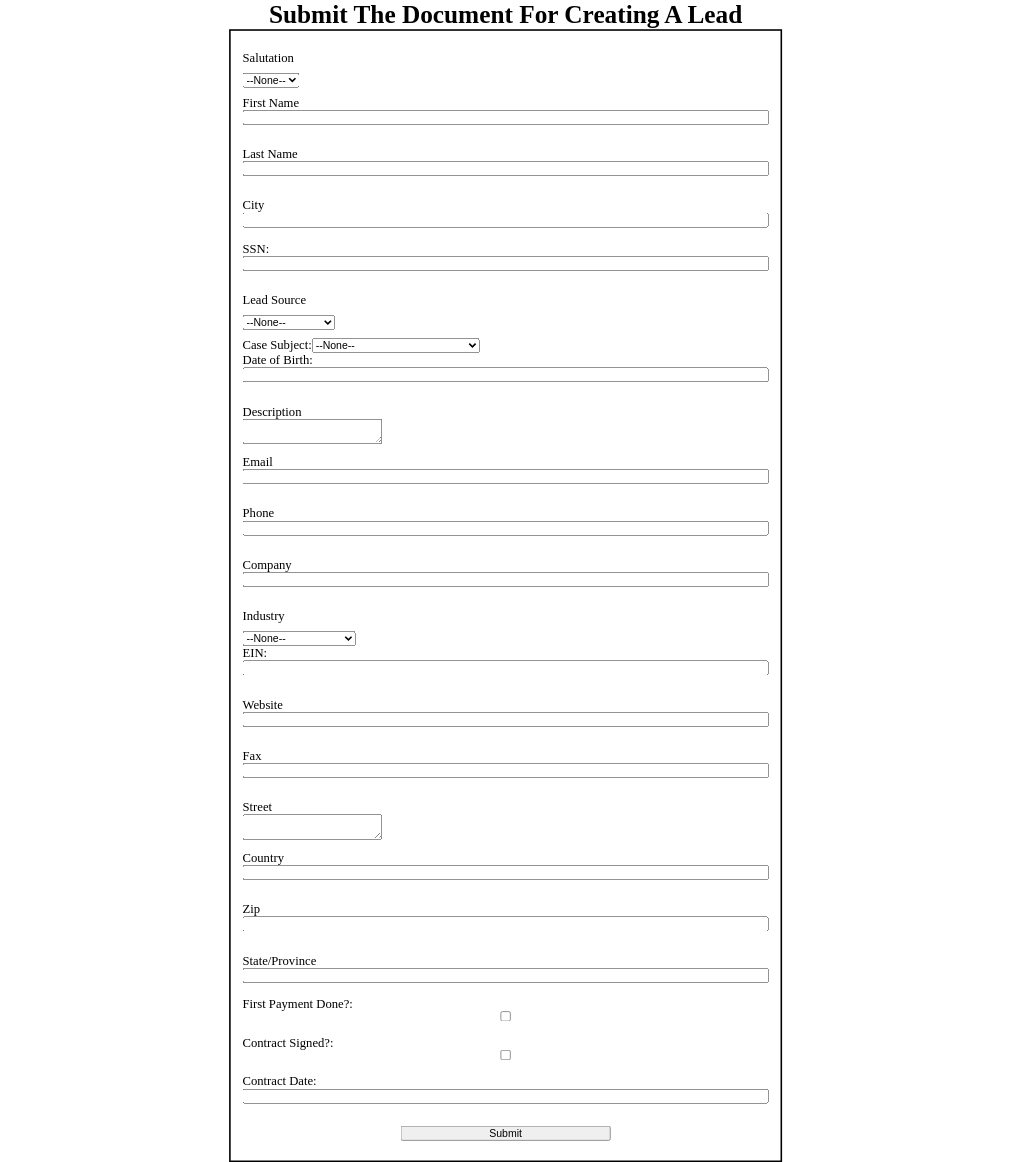
Repository: yaseminvural99/changeForce
Page: index.html
These files come from the project's save history. The page is drawn as it stood at one moment and after the next save; the edit follows.
The browser window is 1280 px wide. The pictures show the whole page, at 79% of full size.

Above is the page before, as saved 2024-04-26 21:59:28.

### index.html
<!DOCTYPE html>
<html lang="en">
<head>
    <meta charset="UTF-8">
    <meta name="'viewport" content="width=device-width, initial-scale=1.0">
    <title>Document</title>
    <link rel="stylesheet" href="style.css">
    <script>

    </script>
</head>
<body>
    <h1>Submit The Document For Creating A Lead</h1>

<META HTTP-EQUIV="Content-type" CONTENT="text/html; charset=UTF-8">


    <form action="https://test.salesforce.com/servlet/servlet.WebToLead?encoding=UTF-8&orgId=00DU8000000LYuv" method="POST">

    <input type=hidden name="oid" value="00DU8000000LYuv">
    <input type=hidden name="retURL" value="http://">


    <label for="salutation">Salutation</label><select  id="salutation" name="salutation"><option value="">--None--</option><option value="Mr.">Mr.</option>
    <option value="Ms.">Ms.</option>
    <option value="Mrs.">Mrs.</option>
    <option value="Dr.">Dr.</option>
    <option value="Prof.">Prof.</option>
    <option value="Mx.">Mx.</option>
    </select><br>

    <label for="first_name">First Name</label><input  id="first_name"  name="first_name" size="20" type="text" /><br>

    <label for="last_name">Last Name</label><input  id="last_name"  name="last_name" size="20" type="text" /><br>

    <label for="city">City</label><input  id="city" name="city" size="20" type="text" /><br>

    SSN:<input  id="00NU8000000K5Zp"  name="00NU8000000K5Zp" size="20" type="text" /><br>

    <label for="lead_source">Lead Source</label><select  id="lead_source" name="lead_source"><option value="">--None--</option><option value="Web">Web</option>
    <option value="Phone Inquiry">Phone Inquiry</option>
    <option value="Partner Referral">Partner Referral</option>
    <option value="Purchased List">Purchased List</option>
    <option value="Other">Other</option>
    </select><br>

    Case Subject:<select  id="00NU8000000K5Wb" name="00NU8000000K5Wb" title="Case Subject"><option value="">--None--</option><option value="Affirmative Asylum">Affirmative Asylum</option>
    <option value="AOS Through Asylum">AOS Through Asylum</option>
    <option value="AOS Through Lottery">AOS Through Lottery</option>
    <option value="AOS Through Marriage">AOS Through Marriage</option>
    <option value="Change of Status (B2-F1/J1-F1)">Change of Status (B2-F1/J1-F1)</option>
    <option value="Company Formation">Company Formation</option>
    <option value="Consular Processing (Marriage)">Consular Processing (Marriage)</option>
    <option value="Defensive Asylum (!Non-NTA)">Defensive Asylum (!Non-NTA)</option>
    <option value="Defensive Asylum (Non-NTA)">Defensive Asylum (Non-NTA)</option>
    <option value="Defensive Asylum (NTA)">Defensive Asylum (NTA)</option>
    <option value="E-2 (Change of status)">E-2 (Change of status)</option>
    <option value="E-2 visa">E-2 visa</option>
    <option value="General Immigration">General Immigration</option>
    <option value="I-130 (Marriage)">I-130 (Marriage)</option>
    <option value="I-601A Waiver">I-601A Waiver</option>
    <option value="I-730 (Asylee Relative Petition)">I-730 (Asylee Relative Petition)</option>
    <option value="I-751 (Removing Conditions)">I-751 (Removing Conditions)</option>
    <option value="I-765">I-765</option>
    <option value="J-1 2 Year Rule Waiver">J-1 2 Year Rule Waiver</option>
    <option value="K-1 visa">K-1 visa</option>
    <option value="Mandamus">Mandamus</option>
    <option value="Naturalization">Naturalization</option>
    <option value="Personal Injury">Personal Injury</option>
    <option value="Uncontested Divorce">Uncontested Divorce</option>
    <option value="U visa">U visa</option>
    <option value="VAWA">VAWA</option>
    </select><br>

    Date of Birth:<span class="dateInput dateOnlyInput"><input  id="00NU8000000K5bR" name="00NU8000000K5bR" size="12" type="text" /></span><br>

    <label for="description">Description</label><textarea name="description"></textarea><br>

    <label for="email">Email</label><input  id="email"  name="email" size="20" type="text" /><br>

    <label for="phone">Phone</label><input  id="phone" name="phone" size="20" type="text" /><br>

    <label for="company">Company</label><input  id="company" name="company" size="20" type="text" /><br>

    <label for="industry">Industry</label><select  id="industry" name="industry"><option value="">--None--</option><option value="Agriculture">Agriculture</option>
    <option value="Apparel">Apparel</option>
    <option value="Banking">Banking</option>
    <option value="Biotechnology">Biotechnology</option>
    <option value="Chemicals">Chemicals</option>
    <option value="Communications">Communications</option>
    <option value="Construction">Construction</option>
    <option value="Consulting">Consulting</option>
    <option value="Education">Education</option>
    <option value="Electronics">Electronics</option>
    <option value="Energy">Energy</option>
    <option value="Engineering">Engineering</option>
    <option value="Entertainment">Entertainment</option>
    <option value="Environmental">Environmental</option>
    <option value="Finance">Finance</option>
    <option value="Food &amp; Beverage">Food &amp; Beverage</option>
    <option value="Government">Government</option>
    <option value="Healthcare">Healthcare</option>
    <option value="Hospitality">Hospitality</option>
    <option value="Insurance">Insurance</option>
    <option value="Machinery">Machinery</option>
    <option value="Manufacturing">Manufacturing</option>
    <option value="Media">Media</option>
    <option value="Not For Profit">Not For Profit</option>
    <option value="Recreation">Recreation</option>
    <option value="Retail">Retail</option>
    <option value="Shipping">Shipping</option>
    <option value="Technology">Technology</option>
    <option value="Telecommunications">Telecommunications</option>
    <option value="Transportation">Transportation</option>
    <option value="Utilities">Utilities</option>
    <option value="Other">Other</option>
    </select><br>

    EIN:<input  id="00NU8000000K5YD"  name="00NU8000000K5YD" size="20" type="text" /><br>

    <label for="url">Website</label><input  id="url" name="url" size="20" type="text" /><br>

    <label for="fax">Fax</label><input  id="fax" name="fax" size="20" type="text" /><br>

    <label for="street">Street</label><textarea name="street"></textarea><br>

    <label for="country">Country</label><input  id="country"  name="country" size="20" type="text" /><br>

    <label for="zip">Zip</label><input  id="zip"name="zip" size="20" type="text" /><br>

    <label for="state">State/Province</label><input  id="state"  name="state" size="20" type="text" /><br>

    First Payment Done?:<input  id="00NU8000000K5d3" name="00NU8000000K5d3" type="checkbox" value="1" /><br>

    Contract Signed?:<input  id="00NU8000000K5gH" name="00NU8000000K5gH" type="checkbox" value="1" /><br>

    Contract Date:<span class="dateInput dateOnlyInput"><input  id="00NU8000000K5ef" name="00NU8000000K5ef" size="12" type="text" /></span><br>

    <input type="submit" name="submit">

    </form>
</body>
</html>

### style.css
*{
    margin: 0;
    padding: 0;
    box-sizing: border-box;
}
h1{
    text-align: center;
}
label, input{
    display: block;

}
label{
    margin-top: 10px;
}
input{
    width: 100%;
}
form{
    min-width: 500px;
    max-width: 700px;
    margin: 0 auto;
    border: 2px solid black;
    padding: 15px;
}
select{
    margin-top: 10px;

}
option{
    margin-top: 10px;


}
input[type="submit"]{
    margin: 10px auto;
    width: 40%;


}

After the next save:
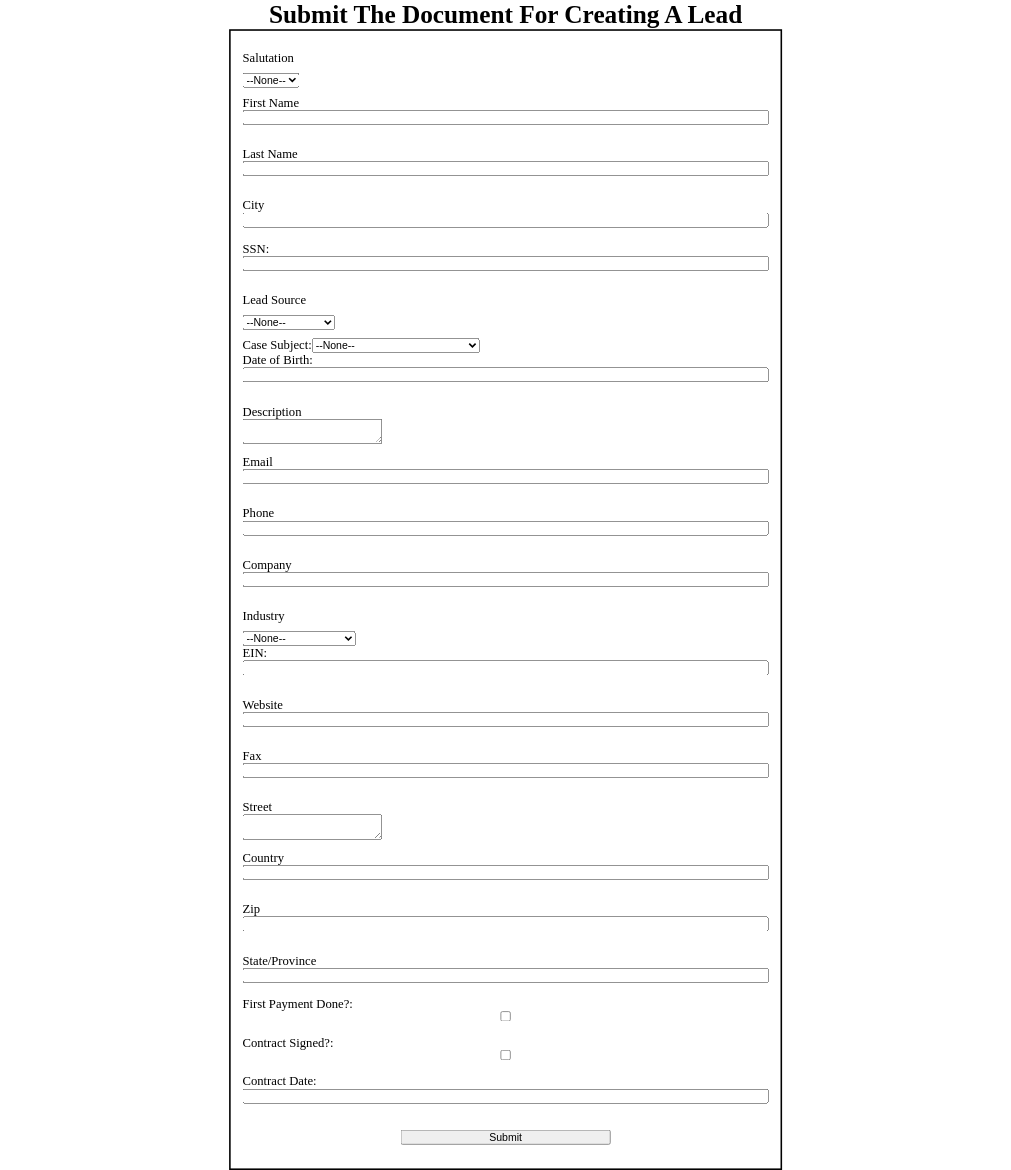
Saved 5 s later.
--- a/style.css
+++ b/style.css
@@ -33,7 +33,7 @@ option{
 
 }
 input[type="submit"]{
-    margin: 10px auto;
+    margin: 15px auto;
     width: 40%;
 
 
